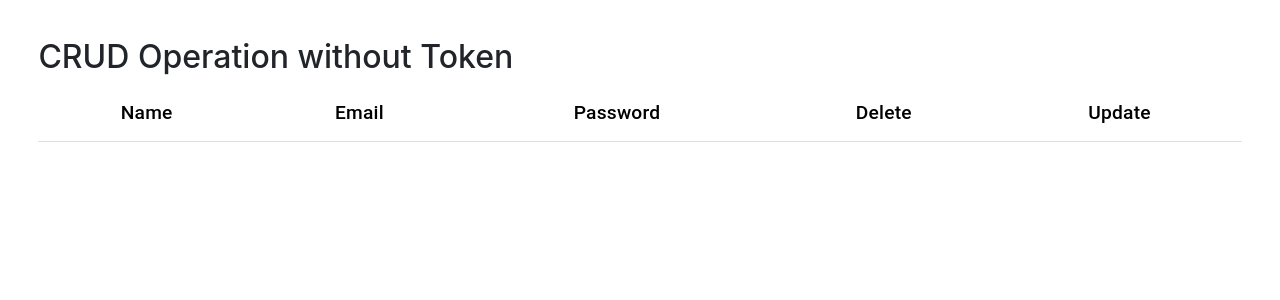
Repository: lalji-yadav/Register-Login-and-CRUD-using-token-and-Without-token-based
Page: /tabledata
An editor plug-in stored every save of this project. The page is shown before and after the next save, followed by the edit.
The browser window is 1280 px wide. The pictures show the whole page.
The page's requests for data from a server got no answer. The project was rebuilt for these pictures with package versions that can differ from the ones it lists, and the page was loaded fresh each time. No one was signed in, and anything a server would have sent is missing. Also part of the build but not shown: src/App.css, src/auth/login.js, src/auth/register.js, src/components/reg.js, src/components/table.js, src/components/update.js, src/crud/read.js, src/crud/create.js and 2 more.

Above is the page before, as saved 2021-02-06 15:57:47.

### src/App.js
import './App.css';
import Login from "./auth/login";
import Register from "./auth/register";
import Reg from "./components/reg";
import Table from "./components/table";
import Update from "./components/update";
import Tabledata from "./crud/tabledata";

import Navb from "./crud/navbar";

import {
  BrowserRouter as Router,
  Switch,
  Route
} from "react-router-dom";

function App() {
  return (
    <div>
      <Router>
        <Switch>
           <Route exact path="/" component={Register} />
           <Route exact path="/login" component={Login} />
           <Route exact path="/reg" component={Reg} />
           <Route exact path="/table" component={Table} />
           <Route exact path="/tabledata" component={Tabledata} />

           <Route exact path="/navbar" component={Navb} />


           <Route exact path="/user/:id" render={(props)=>(<Update {...props} />)} >



            </Route>
        </Switch>
      </Router>

    </div>
  );
}

export default App;

### src/crud/tabledata.js
import React,{useState, useEffect} from 'react';
import { Table,TableHead,TableRow,TableCell,TableBody,Button } from "@material-ui/core";
import axios from "axios";
import { Link } from "react-router-dom";


const Tabledata = () => {
    const [data, setData] = useState([]);

    useEffect(() => {
       onGet()
    }, []);

    const onGet=()=> {
        axios.get('https://jsonplaceholder.typicode.com/posts').then((res) => {
            console.log(res)
           setData(res.data);
          // console.log(res.data);
       }).catch((error) => {
           console.log(error);
       });
    }

    return (
        <div style={{padding:'3%'}}>
            <h2> CRUD Operation without Token </h2>
             <Table aria-label="simple table">
                    <TableHead>
                        <TableRow>
                            <TableCell style={{ fontSize: "1.5vw", color: "black" }}
                             align="center">Name</TableCell>
                            <TableCell style={{ fontSize: "1.5vw", color: "black" }}
                            align="center">Email</TableCell>
                            <TableCell style={{ fontSize: "1.5vw", color: "black" }}
                            align="center">Password</TableCell>
                            <TableCell style={{ fontSize: "1.5vw", color: "black" }}
                            align="center">Delete</TableCell>
                            <TableCell style={{ fontSize: "1.5vw", color: "black" }}
                            align="center">Update</TableCell>
                        </TableRow>
                    </TableHead>

                    <TableBody>
                        {data.map((item) => (
                            <TableRow key={item._id}>
                                <TableCell style={{ fontSize: "1.3vw" }} align='center'>
                                    {item.name}
                                </TableCell>

                                <TableCell style={{ fontSize: "1.3vw" }} align="center">{item.email}
                                </TableCell>

                                <TableCell style={{ fontSize: "1.3vw" }} align="center">{item.mobile}
                                </TableCell>

                                {/* <TableCell style={{ fontSize: "1.3vw" }} align="center">
                                    <Button style={{ fontSize: "1vw" }}
                                    variant="contained"
                                     color="secondary" onClick={()=>onDelete(item._id)}>Delete</Button>
                                </TableCell> */}

                                <TableCell style={{ fontSize: "1.3vw" }} align="center">
                                    <Button style={{ fontSize: "1vw" }}
                                      variant="contained"
                                       color="primary">
                                         <Link to={"/navbar/update/"+ item._id}> Update </Link>
                                        </Button>
                                </TableCell>
                            </TableRow>
                        ))}
                    </TableBody>
                </Table>
        </div>
    );
};

export default Tabledata;

Loaded but not shown: public/index.html (common file); src/index.js (common file); src/index.css (common file); src/reportWebVitals.js (common file)

After the next save:
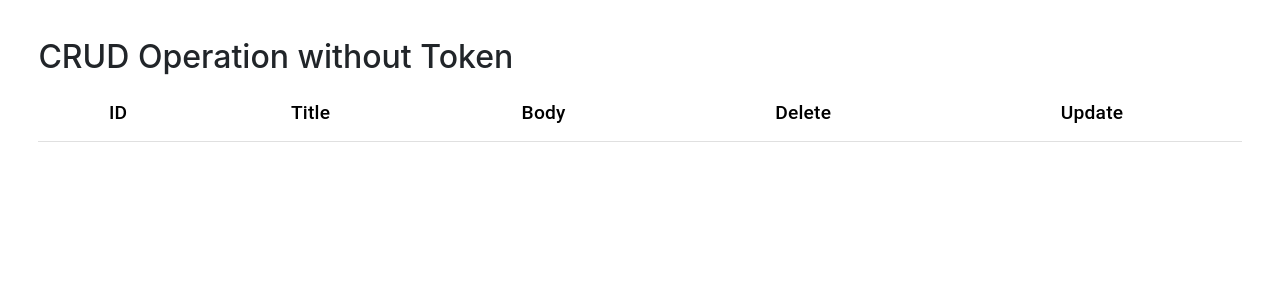
Saved 76 s later.
--- a/src/crud/tabledata.js
+++ b/src/crud/tabledata.js
@@ -28,11 +28,11 @@ const Tabledata = () => {
                     <TableHead>
                         <TableRow>
                             <TableCell style={{ fontSize: "1.5vw", color: "black" }}
-                             align="center">Name</TableCell>
+                             align="center">ID</TableCell>
                             <TableCell style={{ fontSize: "1.5vw", color: "black" }}
-                            align="center">Email</TableCell>
+                            align="center">Title</TableCell>
                             <TableCell style={{ fontSize: "1.5vw", color: "black" }}
-                            align="center">Password</TableCell>
+                            align="center">Body</TableCell>
                             <TableCell style={{ fontSize: "1.5vw", color: "black" }}
                             align="center">Delete</TableCell>
                             <TableCell style={{ fontSize: "1.5vw", color: "black" }}
